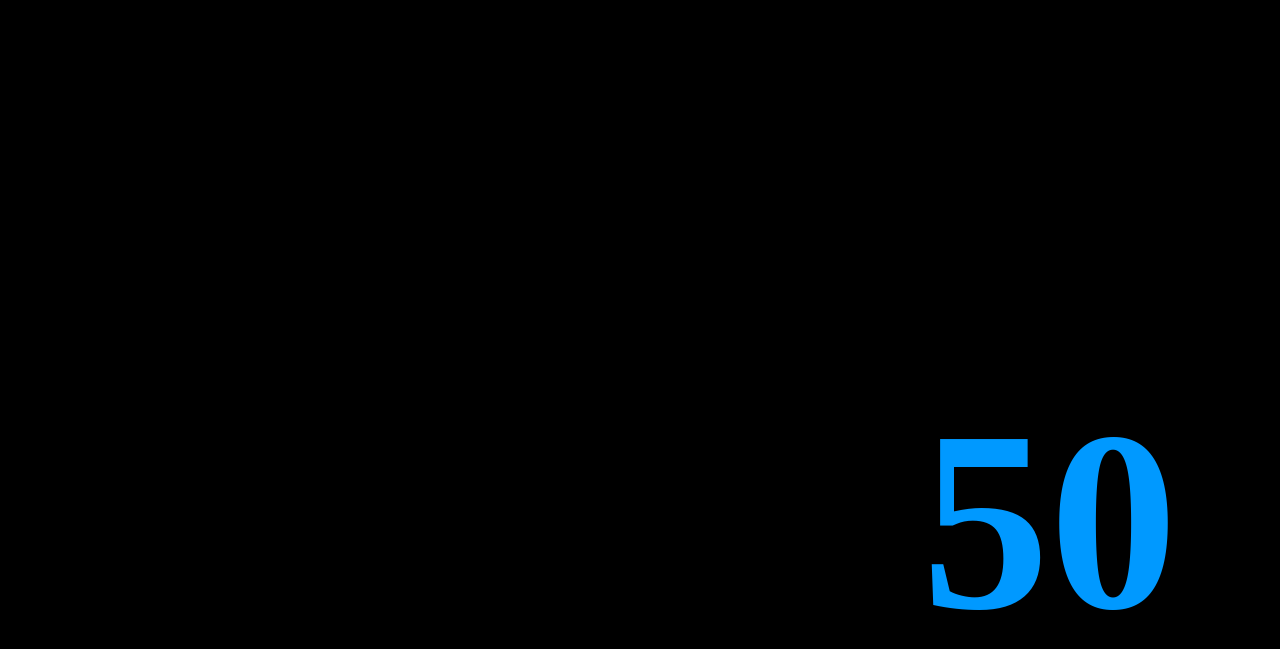
Repository: GG1627/3d-portfolio
Page: /
The author's editor kept a copy of each file at every save. The page is drawn from the files as they stood at one save, then again after the next save.
The browser window is 1280 px wide. The pictures show the whole page.
The project was rebuilt for these pictures with package versions that can differ from the ones it lists, and the page was loaded fresh each time. Also part of the build but not shown: vite.config.ts.

Above is the page before, as saved 2025-01-05 17:02:54.

After the next save:
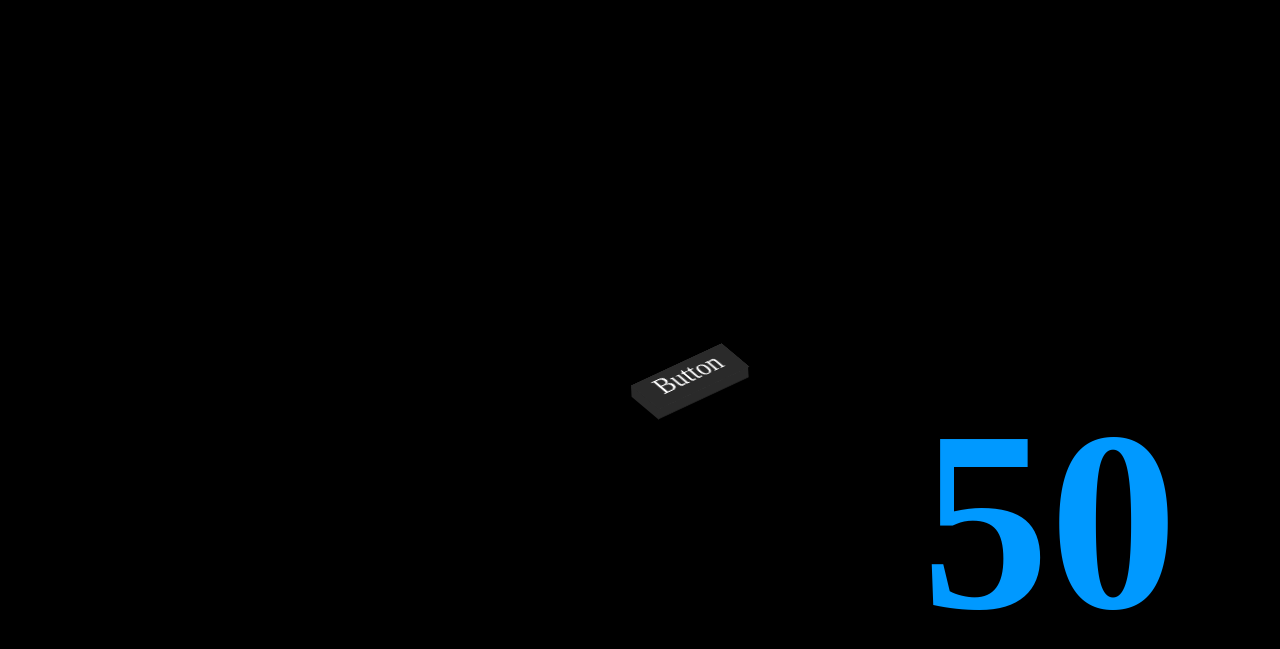
Saved 39 s later.
--- a/src/WelcomeScreen.css
+++ b/src/WelcomeScreen.css
@@ -42,6 +42,7 @@
 
 /* From Uiverse.io by adamgiebl */
 button {
+  z-index: 1000000;
   left: 50%;
   top: 50%;
   transform: rotate(-25deg) skew(25deg);

After the 6 saves that followed:
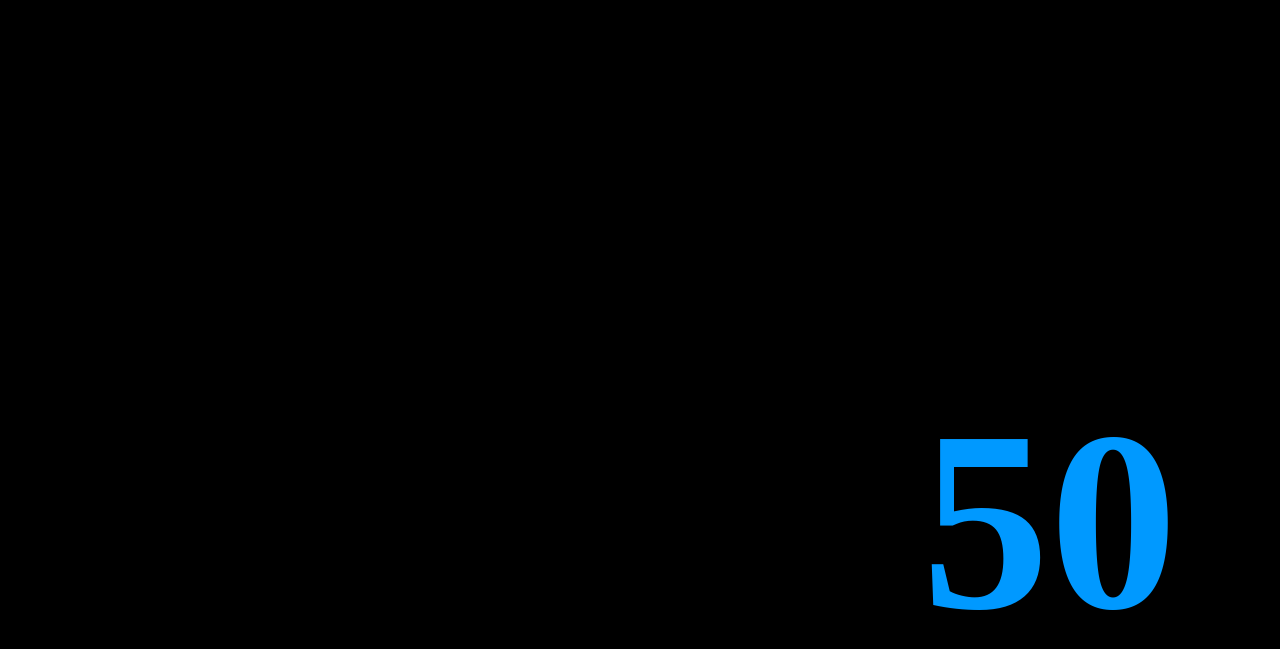
The 6 saves are shown as one change because 4 left the picture as it was and some came seconds apart.
The last was saved 91 s later.
--- a/src/WelcomeScreen.css
+++ b/src/WelcomeScreen.css
@@ -38,11 +38,11 @@
   color: rgb(0, 153, 255);
   padding: 0.2em 0.4em;
   font-size: 20vw;
+  pointer-events: none;
 }
 
 /* From Uiverse.io by adamgiebl */
 button {
-  z-index: 1000000;
   left: 50%;
   top: 50%;
   transform: rotate(-25deg) skew(25deg);
